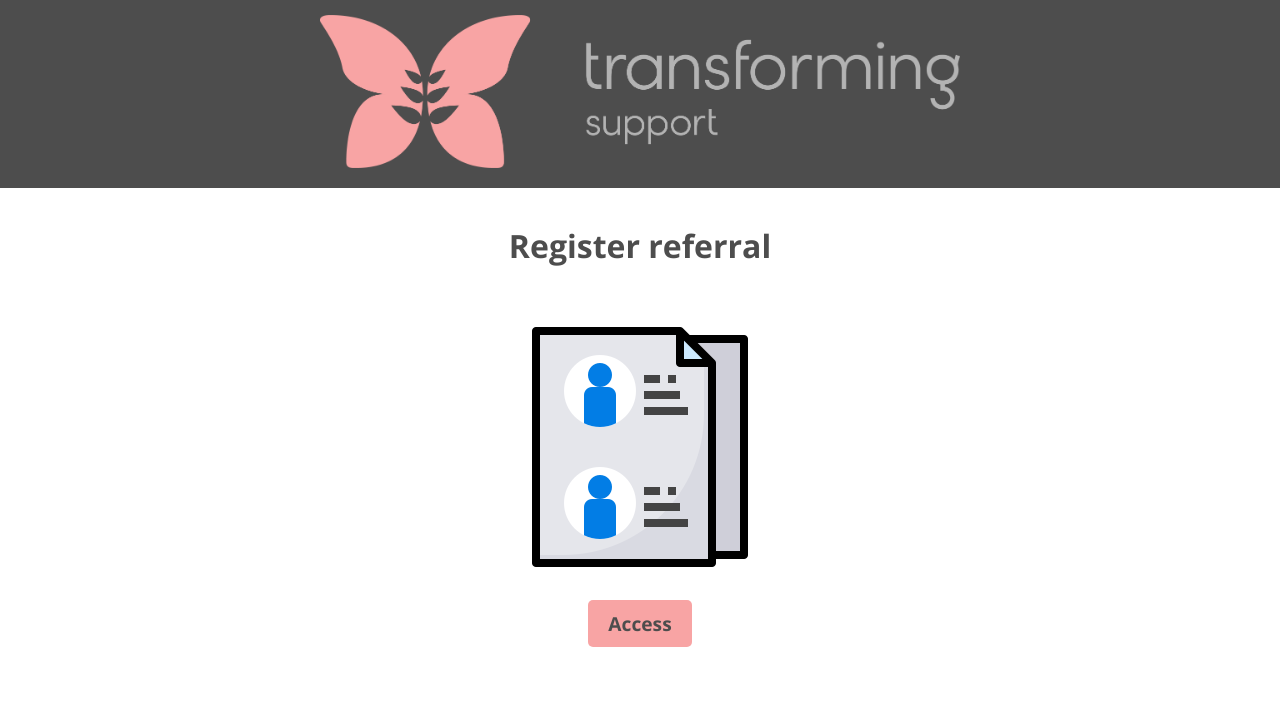
Repository: israelrodriguees/QAactivity
Page: http://localhost/referral/index.jsp
These files come from the project's save history. The page is drawn as it stood at one moment and after the next save; the edit follows.
The browser window is 1280 px wide. The pictures show the whole page.
The page is served by Tomcat 9. Other server files are loaded and not shown.

Above is the page before, as saved 2021-09-08 14:49:18.

### referral/src/main/webapp/index.jsp
<!DOCTYPE html>
<html>
<head>
<meta charset="ISO-8859-1">
<title>Referral Form</title>
<link rel="icon" href="images/form.png">
<link rel="stylesheet" href="style.css">
</head>
<body>
	<div id="page">

		<header>
			<div class="divHP" style="background-color: #4d4d4d;">
				<img id="TS" src="images/transforming-support-horizontal.png">
			</div>
		</header>
		<main>
			<div class="divHP">
				<h1 style="color: #4d4d4d;">Register referral</h1>
			</div>
			<div class="divHP">
				<img src="images/bigform.png">
			</div>
			<div class="divHP">
				<a href="main" class="button1">Access</a>
			</div>

		</main>
		<footer>

		</footer>
	</div>
</body>
</html>

### referral/src/main/webapp/style.css
@charset "ISO-8859-1";

@import
	url('https://fonts.googleapis.com/css2?family=Open+Sans:wght@400;700&display=swap')
	;

body {
	font-family: 'Open Sans', sans-serif;;
	font-size: 1em;
	font-weight: 400;
	margin: 0;
}

h1 {
	color: #f8a4a4;
}

.divHP {
	text-align: center;
	display: inline-block;
	margin: auto;
	padding: 15px 0px 15px 0px;
	width: 100%;
}

.divTable {
	overflow: scroll;
	padding: 10px 0px 10px 0px;
}

.divInput {
	border-color: #0C2749;
	border-width: 3px;
	padding: 2px;
}

#page {
	grid-template-columns: 1fr;
	grid-template-rows: 300px 800px 300px;
	grid-gap: 3px;
	width: 100vw;
	height: 100vh;
	grid-template-areas: "header" "main" "foot";
}

footer {
	background-color: #4d4d4d;
	grid-area: foot;
	color: #ffffff;
}

#TS {
	height: 50%;
	width: 50%;
	text-align: center;
}

.button1 {
	text-decoration: none;
	text-align: center;
	background-color: #f8a4a4;
	padding: 10px 20px 10px 20px;
	color: #4d4d4d;
	font-size: 1.2em;
	font-weight: 700;
	border-radius: 5px;
	border: 0;
	cursor: pointer;
	width: 100px;
	height: 30px;
	margin: auto;
}

.button2 {
	text-decoration: none;
	background-color: #d51213;
	padding: 5px 10px 5px 10px;
	color: #fff;
	font-size: 1.2em;
	font-weight: 700;
	border-radius: 5px;
}

.Box1 {
	width: 800px;
	padding: 15px;
	margin-bottom: 10px;
	border: 1px solid #f8a4a4;
	border-radius: 5px;
}

.Box2 {
	width: 800px;
	height: 200px;
	padding: 15px;
	margin-bottom: 10px;
	border: 1px solid #f8a4a4;
	border-radius: 5px;
}

#Box3 {
	padding: 15px;
	margin-bottom: 10px;
	border: 1px solid #ff0000;
	border-radius: 5px;
}

#table {
	margin-top: 30px;
	border-collapse: collapse;
	overflow: auto;
}

#table th {
	border: 1px solid #4d4d4d;
	padding: 10px;
	text-align: left;
	color: #4d4d4d;
	background-color: #f8a4a4;
}

#table td {
	border: 1px solid #4d4d4d;
	padding: 10px;
}

select {
	-webkit-appearance: none;
	-moz-appearance: none;
	appearance: none;
}

After the next save:
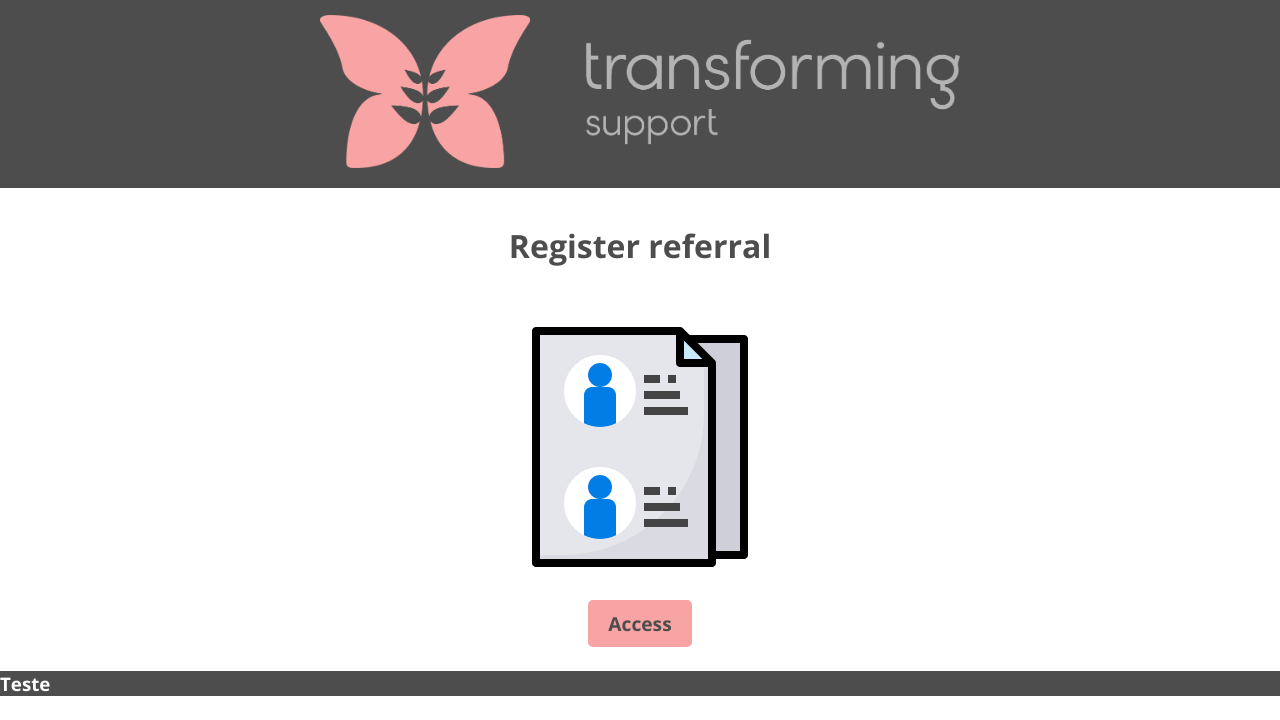
Saved 15 s later.
--- a/referral/src/main/webapp/index.jsp
+++ b/referral/src/main/webapp/index.jsp
@@ -27,7 +27,7 @@
 
 		</main>
 		<footer>
-
+		<h3>Teste</h3>
 		</footer>
 	</div>
 </body>
